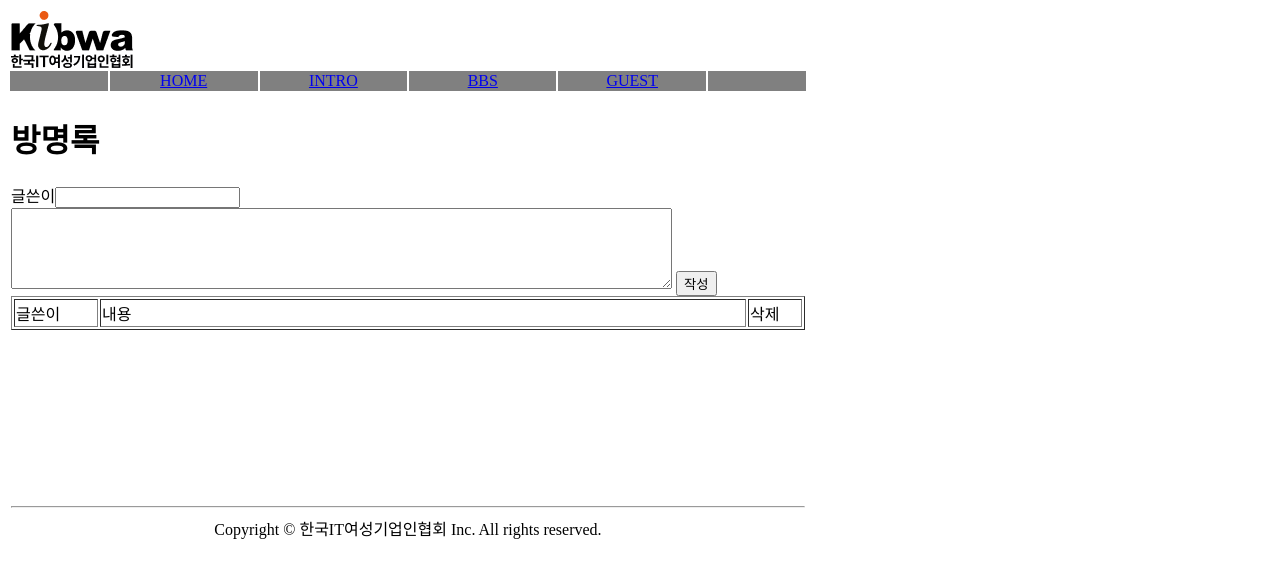
Repository: hwa3845/fullstackjava
Page: http://localhost/web02/guest.jsp
The author's editor kept a copy of each file at every save. The page is drawn from the files as they stood at one save, then again after the next save.
The browser window is 1280 px wide. The pictures show the whole page.
The page is served by Tomcat 9. Queries for data that is not in the repository find no rows.

Above is the page before, as saved 2025-04-15 06:57:17.

### webWorkspace/web02/WebContent/guest.jsp
<%@ page language="java" contentType="text/html; charset=UTF-8"
    pageEncoding="UTF-8"%>
<!DOCTYPE html PUBLIC "-//W3C//DTD HTML 4.01 Transitional//EN" "http://www.w3.org/TR/html4/loose.dtd">
<html>
<head>
<meta http-equiv="Content-Type" content="text/html; charset=UTF-8">
<title>Insert title here</title>
</head>
<body>
<table width="800" border="0">
	<tr>
		<td colspan="6"><img src="imgs/hd_logo.png"></td>
	</tr>
	<tr>
		<td width="100" bgcolor="gray"></td>
		<td width="150" bgcolor="gray" align="center"><a href="index.jsp">HOME</a></td>
		<td width="150" bgcolor="gray" align="center"><a href="intro.jsp">INTRO</a></td>
		<td width="150" bgcolor="gray" align="center"><a href="list.jsp">BBS</a></td>
		<td width="150" bgcolor="gray" align="center"><a href="guest.jsp">GUEST</a></td>
		<td width="100" bgcolor="gray"></td>
	</tr>
	<tr>
		<td colspan="6" height="400" valign="top">
		<h1>방명록</h1>
		<form action="guestresult.jsp">
			글쓴이<input type="text" name="writer"><br/>
			<textarea rows="5" cols="80" name="content"></textarea>
				<input type="submit" value="작성">
		</form>
		<table border="1" width="100%">
			<tr>
				<td width="80">글쓴이</td>
				<td>내용</td>
				<td width="50">삭제</td>
			</tr>
		</table>
		</td>
	</tr>
	<tr>
		<td colspan="6" align="center">
		<hr>
		Copyright &copy; 한국IT여성기업인협회 Inc. All rights reserved.
		</td>
	</tr>
</table>
</body>
</html>

After the next save:
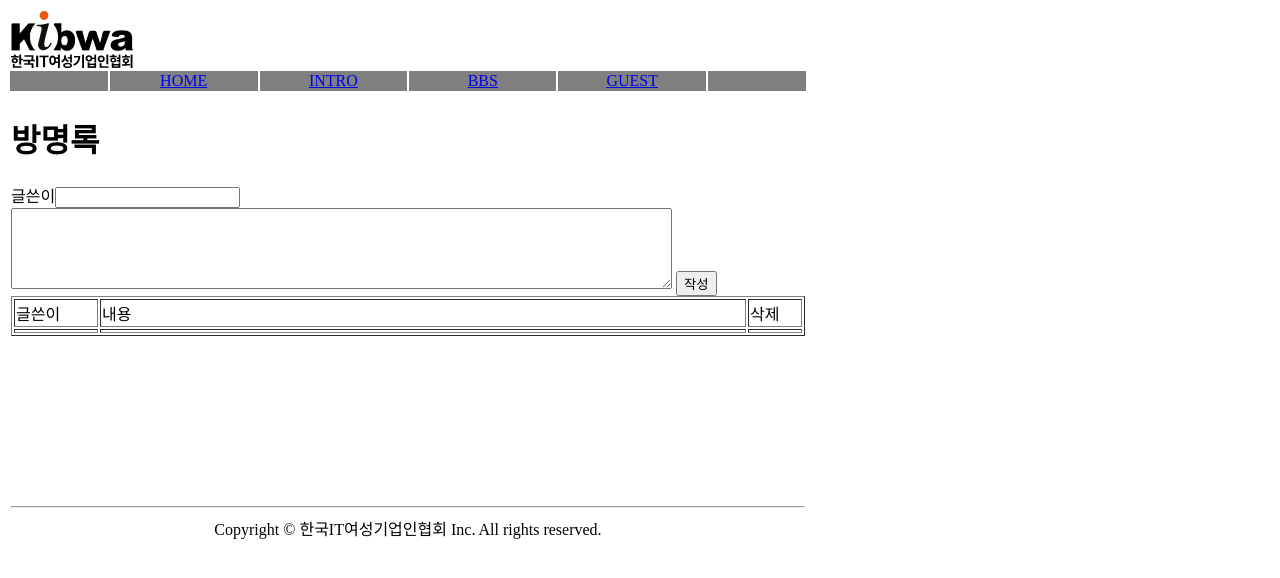
Saved 18 min 53 s later.
--- a/webWorkspace/web02/WebContent/guest.jsp
+++ b/webWorkspace/web02/WebContent/guest.jsp
@@ -33,6 +33,33 @@
 				<td>내용</td>
 				<td width="50">삭제</td>
 			</tr>
+			<%@page import="java.sql.*" %>
+			<%
+			String driver="oracle.jdbc.driver.OracleDriver";
+			String url="jdbc:oracle:thin:@localhost:1521:xe";
+			String user="scott";
+			String password="tiger";
+			Connection conn=null;
+			Statement stmt=null;
+			ResultSet rs=null;
+			String sql="select writer,content from guest01 order by idx desc";
+			try{
+				Class.forName(driver);
+				conn=DriverManager.getConnection(url,user,password);
+				stmt=conn.createStatement();
+				rs=stmt.executeQuery(sql);
+
+			%>
+			<tr>
+				<td></td>
+				<td></td>
+				<td></td>
+			</tr>
+			<%
+			} finally {
+
+			}
+			%>
 		</table>
 		</td>
 	</tr>

After the save that followed:
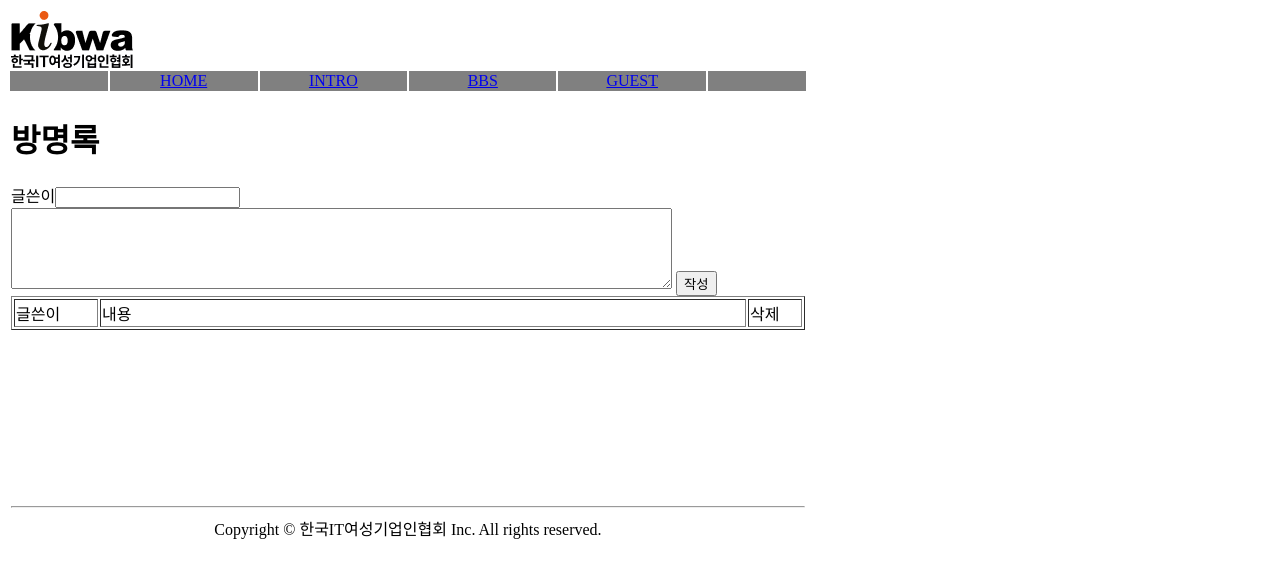
Saved 93 s later.
--- a/webWorkspace/web02/WebContent/guest.jsp
+++ b/webWorkspace/web02/WebContent/guest.jsp
@@ -48,16 +48,21 @@
 				conn=DriverManager.getConnection(url,user,password);
 				stmt=conn.createStatement();
 				rs=stmt.executeQuery(sql);
+				while(rs.next()){
+
 
 			%>
 			<tr>
-				<td></td>
-				<td></td>
-				<td></td>
+				<td><%=rs.getString(1) %></td>
+				<td><%=rs.getString(2) %></td>
+				<td><%=rs.getString(3) %></td>
 			</tr>
 			<%
+				}
 			} finally {
-
+				if(rs!=null) rs.close();
+				if(stmt!=null)stmt.close();
+				if(conn!=null)conn.close();
 			}
 			%>
 		</table>
